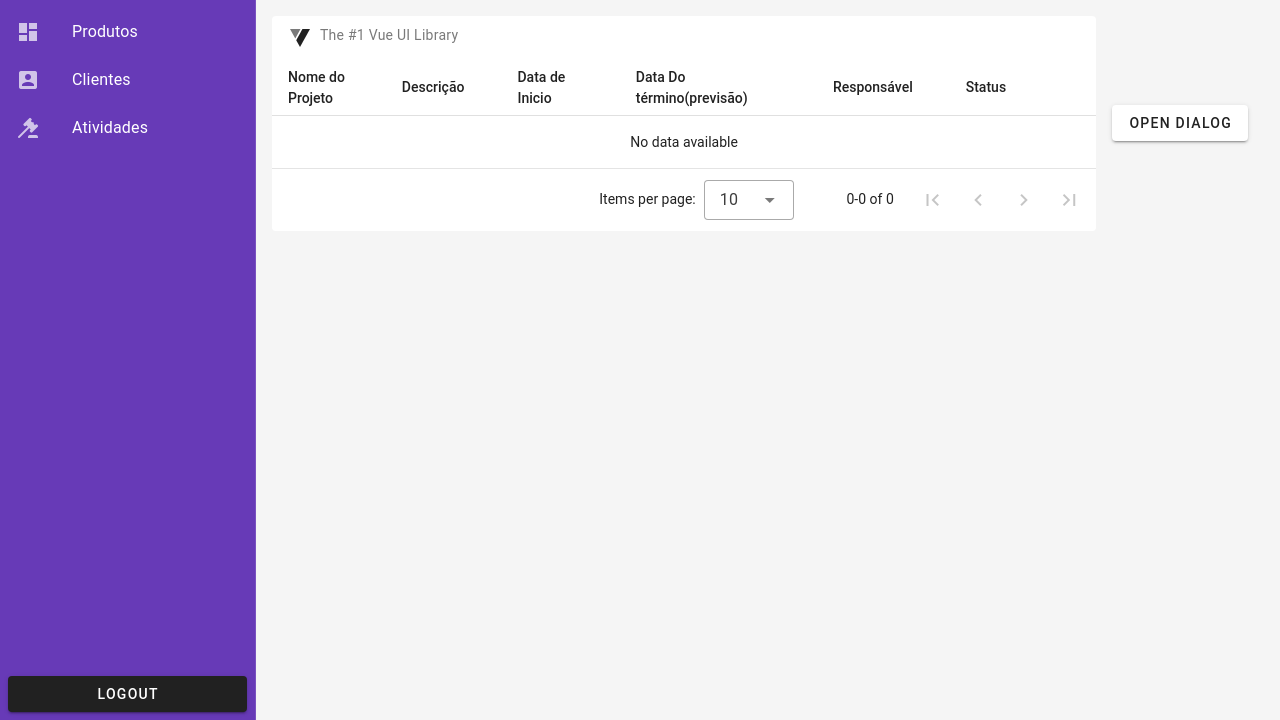
Repository: NtiSilva/Front_AG
Page: /products
These files come from the project's save history. The page is drawn as it stood at one moment and after the next save; the edit follows.
The browser window is 1280 px wide. The pictures show the whole page.
The page's requests for data from a server got no answer. The project was rebuilt for these pictures with package versions that can differ from the ones it lists, and the page was loaded fresh each time. No one was signed in, and anything a server would have sent is missing. Also part of the build but not shown: vite.config.mjs, src/components/Alert.vue, src/components/Atividades/FormActivities.vue, src/components/Atividades/index.vue, src/components/Clientes/FormClient.vue, src/components/DialogRemove.vue, src/components/Clientes/ListClients.vue, src/components/Clientes/index.vue and 7 more. Imported but missing from the stored project, and not drawn on this page: src/components/DialogEdit.vue.

Above is the page before, as saved 2024-06-20 00:24:01.

### src/main.js
import { createApp } from "vue";

import { registerPlugins } from "@/plugins";
import "./plugins/axios";

import App from "./App.vue";
import store from "./store";

const app = createApp(App).use(store);

registerPlugins(app);

app.mount("#app");

### src/components/Dialog.vue
<template>
  <div class="text-center pa-4">
    <v-dialog
      v-model="showDialog"
      max-width="400"
      persistent
    >
      <template v-slot:activator="{ props: activatorProps }">
        <v-btn v-bind="activatorProps">
          Open Dialog
        </v-btn>
      </template>

      <v-card
        class="bg-deep-purple"
        theme="dark"
        prepend-icon="mdi-map-marker"
        text="Let Google help apps determine location. This means sending anonymous location data to Google, even when no apps are running."
        title="Use Google's location service?"
      >
        <template v-slot:actions>
          <v-spacer></v-spacer>

          <v-btn @click="showDialog = false">
            Disagree
          </v-btn>

          <v-btn @click="showDialog = false">
            Agree
          </v-btn>
        </template>
      </v-card>
    </v-dialog>
  </div>
</template>

<script setup>
import { ref } from 'vue';
  const showDialog = ref(false)
</script>

### src/plugins/axios.js
import axios from "axios";

axios.defaults.baseURL = import.meta.env.VITE_API_URL;

### src/App.vue
<template>
  <v-app>
    <v-navigation-drawer
      class="bg-deep-purple"
      theme="dark"
      permanent
    >
      <v-list color="transparent">
        <v-list-item prepend-icon="mdi-view-dashboard" title="Produtos" @click="navigateTo('/products')"></v-list-item>
        <v-list-item prepend-icon="mdi-account-box" title="Clientes" @click="navigateTo('/clients')"></v-list-item>
        <v-list-item prepend-icon="mdi-gavel" title="Atividades" @click="navigateTo('/activies')"></v-list-item>
      </v-list>

      <template v-slot:append>
        <div class="pa-2">
          <v-btn block @click="logout">
            Logout
          </v-btn>
        </div>
      </template>
    </v-navigation-drawer>

    <v-main class="main-content">
      <router-view />
    </v-main>
  </v-app>
</template>

<script>
export default {
  name: 'App',
  methods: {
    navigateTo(route) {
      this.$router.push(route);
    },
    logout() {
      // lógica para logout
    },
  },
};
</script>

<style>
html, body, #app {
  height: 100%;
  margin: 0;
}

.v-application {
  height: 100%;
}

.v-main {
  display: flex;
  flex-direction: column;
  height: 100%;
  background-color: #f5f5f5;
}

.v-navigation-drawer {
  height: 100%;
}
</style>

### src/store/index.js
import { createStore } from "vuex";
import activities from "./activities";
import clients from "./clients";
import productsModule from "./products";

export default createStore({
  modules: {
    activities,
    clients,
    productsModule,
  },
});

### src/plugins/vuetify.js
/**
 * plugins/vuetify.js
 *
 * Framework documentation: https://vuetifyjs.com`
 */

// Styles
import "@mdi/font/css/materialdesignicons.css";
import "vuetify/styles";

// Composables
import { createVuetify } from "vuetify";

// https://vuetifyjs.com/en/introduction/why-vuetify/#feature-guides
export default createVuetify({
  // theme: {
  //   defaultTheme: "dark",
  // },
});

### src/router/index.js
import { createRouter, createWebHistory } from "vue-router";
import Products from "@/pages/Products.vue";
import Activities from "@/pages/Activities.vue";
import Clients from "@/pages/Clients.vue";
import Home from "@/pages/HomePage.vue";

const routes = [
  {
    path: "/",
    name: "Home",
    component: Home,
  },
  {
    path: "/clients",
    name: "Clients",
    component: Clients,
  },
  {
    path: "/activities",
    name: "Activities",
    component: Activities,
  },
  {
    path: "/products",
    name: "Products",
    component: Products,
  },
];

const router = createRouter({
  history: createWebHistory(process.env.BASE_URL),
  routes,
});

export default router;

### src/store/activities.js
export default {
  state: {
    // state for module 1
  },
  mutations: {
    // mutations for module 1
  },
  actions: {
    // actions for module 1
  },
  getters: {
    // getters for module 1
  },
};

### src/store/clients.js
export default {
  state: {
    // state for module 1
  },
  mutations: {
    // mutations for module 1
  },
  actions: {
    // actions for module 1
  },
  getters: {
    // getters for module 1
  },
};

### src/store/products.js
import {
  getProducts,
  getProductById,
  createProduct,
  updateProduct,
  deleteProduct,
} from "@/services/productsServices";

const state = {
  products: [],
};

const mutations = {
  SET_PRODUCTS(state, products) {
    state.products = products;
  },
};

const actions = {
  async fetchProducts({ commit }) {
    try {
      const products = await getProducts();
      commit("SET_PRODUCTS", products);
    } catch (error) {
      console.error("Error fetching products:", error);
    }
  },
  async addProduct({ dispatch }, productData) {
    try {
      await createProduct(productData);
      dispatch("fetchProducts");
    } catch (error) {
      console.error("Error adding product:", error);
    }
  },
  async updateProduct({ dispatch }, { productId, productData }) {
    try {
      await updateProduct(productId, productData);
      dispatch("fetchProducts");
    } catch (error) {
      console.error("Error updating product:", error);
    }
  },
  async removeProduct({ dispatch }, productId) {
    try {
      await deleteProduct(productId);
      dispatch("fetchProducts");
    } catch (error) {
      console.error("Error removing product:", error);
    }
  },
};

const getters = {
  getProductById: (state) => (productId) => {
    return state.products.find((product) => product.id === productId);
  },
};

const productsModule = {
  namespaced: true,
  state,
  mutations,
  actions,
  getters,
};

export default productsModule;

### src/pages/Products.vue
<template>
  <v-container
    class="d-flex align-center justify-center"
    fill-height
  >
  <v-card
    flat
    class="mx-auto"
    prepend-icon="$vuetify"
    subtitle="The #1 Vue UI Library"
  >
  <v-data-table
    :headers="headers"
    :items="products"
    v-model:search="search"
  >
    <template v-slot:item.status="{ value }">
      <div class="text-end">
        <v-chip
          :color="getColor(value)"
          class="text-uppercase"
          size="small">
            {{ value }}
        </v-chip>
      </div>

    </template>

    <template v-slot:item.config="{ item }">
      <div class="d-flex justify-center">
        <v-icon
          class="me-2"
          size="small"
          @click="editItem(item)"
          icon="mdi-pencil"
        />
        <v-icon
          size="small"
          @click="deleteItem(item)"
          icon="mdi-delete"
        />

      </div>
    </template>
  </v-data-table>


</v-card>
<Dialog/>
  </v-container>
</template>

<script>
import { ref, onMounted, computed } from 'vue';
import { useStore } from 'vuex';
import Dialog from '@/components/Dialog.vue';
// import RemoveModal from '@/components/RemoveModal';

export default
{
  name: "DashProducts",
  setup() {
    const store = useStore();

    const headers = [
      { align: 'start', key: 'project_name', sortable: false, title: 'Nome do Projeto' },
      { key: 'project_description', title: 'Descrição' },
      { key: 'dt_init', title: 'Data de Inicio' },
      { key: 'dt_end', title: 'Data Do término(previsão)' },
      { key: 'client.name', title: 'Responsável' },
      { key: 'status', title: 'Status' },
      { key: 'config', title: '' },
    ];

    const products = ref([]);
    const selectItem = ref()
    // const showModalRemove = ref(false)

    const mappedProducts = computed(() => store.state.productsModule.products);

    const getColor = (status) => {
      if (status === 'Fechado') return 'red';
      else if (status === 'Em andamento') return 'orange';
      else return 'green';
    };

    const deleteProject = () => {
      console.log('voltou', selectItem.value)
      // store.dispatch('productsModule/removeProduct', selectItem.value);
    }

    const deleteItem = (item) =>{
      // showRemoveModal.value = true
      // showModalRemove = true
      console.log('chegou')
      // selectItem.value = item.projectId
    }

    const fetchProducts = () => store.dispatch('productsModule/fetchProducts');

    onMounted(() => {
      fetchProducts();
    });

    return {
      headers,
      products: mappedProducts,
      getColor,
      fetchProducts,
      deleteItem
    };
  }
};
</script>

### src/services/productsServices.js
// productsService.js
import axios from "axios";

const baseURL = "/project"; // Base URL for product endpoints

const getProducts = async () => {
  try {
    const response = await axios.get(`${baseURL}/all`);
    return response.data;
  } catch (error) {
    console.error("Erro ao buscar produtos:", error);
    throw error;
  }
};

const getProductById = async (productId) => {
  try {
    const response = await axios.get(`${baseURL}/${productId}`);
    return response.data;
  } catch (error) {
    console.error(`Erro ao buscar produto com ID ${productId}:`, error);
    throw error;
  }
};

const createProduct = async (productData) => {
  try {
    const response = await axios.post(`${baseURL}/add`, productData);
    return response.data;
  } catch (error) {
    console.error("Erro ao criar produto:", error);
    throw error;
  }
};

const updateProduct = async (productId, productData) => {
  try {
    const response = await axios.put(
      `${baseURL}/edit/${productId}`,
      productData
    );
    return response.data;
  } catch (error) {
    console.error(`Erro ao atualizar projeto com ID ${productId}:`, error);
    throw error;
  }
};

const deleteProduct = async (productId) => {
  try {
    const response = await axios.delete(`${baseURL}/delete/${productId}`);
    return response.data;
  } catch (error) {
    console.error(`Erro ao deletar projeto com ID ${productId}:`, error);
    throw error;
  }
};

export {
  getProducts,
  getProductById,
  createProduct,
  updateProduct,
  deleteProduct,
};

Loaded but not shown: index.html (common file); src/plugins/index.js (common file)

After the next save:
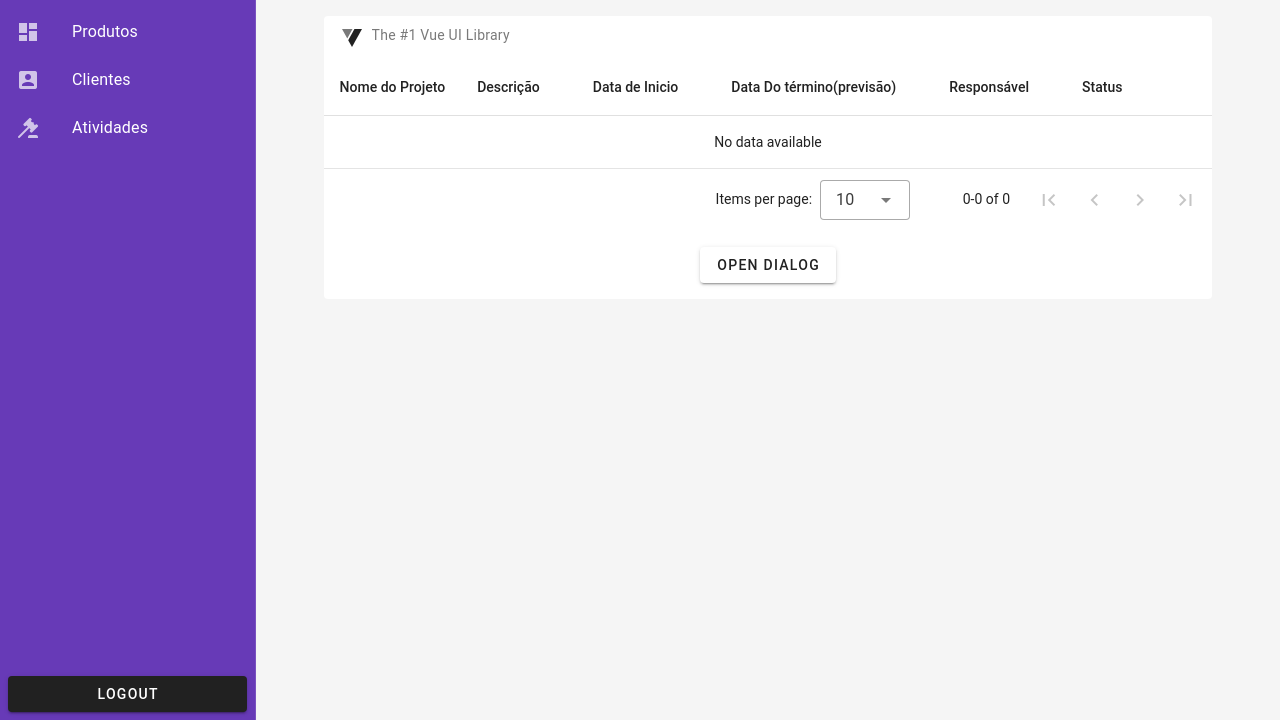
Saved 29 s later.
--- a/src/pages/Products.vue
+++ b/src/pages/Products.vue
@@ -44,9 +44,9 @@
     </template>
   </v-data-table>
 
+  <Dialog/>
 
 </v-card>
-<Dialog/>
   </v-container>
 </template>
 
